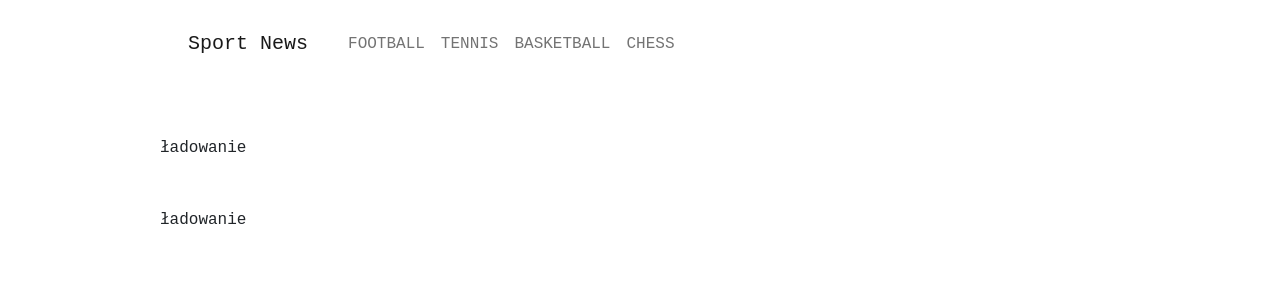
Repository: michalgornicki/sportnews
Page: /
The author's editor kept a copy of each file at every save. The page is drawn from the files as they stood at one save, then again after a run of saves.
The browser window is 1280 px wide. The pictures show the whole page.
The page's requests for data from a server got no answer. The project was rebuilt for these pictures with package versions that can differ from the ones it lists, and the page was loaded fresh each time. No one was signed in, and anything a server would have sent is missing. Also part of the build but not shown: src/components/Post.jsx.

Above is the page before, as saved 2022-03-01 10:40:36.

### src/App.jsx
import React, { useState, useEffect } from "react";
import { Route, HashRouter as Router, Routes } from "react-router-dom";
import "./App.scss";
import "bootstrap/dist/css/bootstrap.min.css";
import Navbar from "react-bootstrap/Navbar";
import Nav from "react-bootstrap/Nav";
import Container from "react-bootstrap/Container";
import Home from "./components/Home.jsx";
import Post from "./components/Post.jsx";

function App() {
  const [Posts, setPosts] = useState();
  const [Photos, setPhotos] = useState();

  useEffect(() => {
    fetch("https://jsonplaceholder.typicode.com/posts")
      .then((response) => response.json())
      .then((json) => setPosts(json));

    fetch("https://jsonplaceholder.typicode.com/photos")
      .then((response) => response.json())
      .then((json) => setPhotos(json));
  }, []);

  return (
    <Router>
      <>
        <Navbar className="navbar py-4" bg="white" expand="lg">
          <Container className="w-75 m-auto">
            <Navbar.Brand className="px-3" href="#home">
              Sport News
            </Navbar.Brand>
            <Navbar.Toggle aria-controls="basic-navbar-nav" />
            <Navbar.Collapse id="basic-navbar-nav">
              <Nav className="me-auto">
                <Nav.Link href="#link">FOOTBALL</Nav.Link>
                <Nav.Link href="#link">TENNIS</Nav.Link>
                <Nav.Link href="#link">BASKETBALL</Nav.Link>
                <Nav.Link href="#link">CHESS</Nav.Link>
              </Nav>
            </Navbar.Collapse>
          </Container>
        </Navbar>

        <Routes>
          <Route path="/" element={<Home />} />
          <Route path="/Post" element={<Post />} />
        </Routes>

        <Routes>
          <Route path="/" element={<Home />} />
          <Route path="/Post" element={<Post />} />
        </Routes>
      </>
    </Router>
  );
}

export default App;

### src/App.scss
$mainColor: black;
$secondaryColor: rgb(255, 255, 255);
$hoverColor: rgb(255, 161, 74);
$myFont: "Courier New", Courier, monospace;

body{
  font-family: $myFont!important;
  font-family: Arial, Helvetica, sans-serif;
}

.post:nth-child(8n-7) {
  width: 70%;
}

.post:nth-child(8n-6) {
  width: 22%;
}

.post {
  color: $mainColor;
  font-family: "Gill Sans", "Gill Sans MT", Calibri, "Trebuchet MS", sans-serif;
  width: 30%;
  cursor: pointer;
  margin-top: 1rem;
}

.post:hover {
  color: $hoverColor;
}

.post__title {
  font-weight: 900;
  font-size: 1.5rem;
  text-transform: uppercase;
}

.post:nth-child(8n-7) .post__title {
  font-size: 3rem;
}

.post:nth-child(8n-7) .post__image {
  height: 450px;
}

.post:nth-child(8n-6) .post__image {
  height: 450px;
}

.post__image {
  width: 100%;
  height: 250px;
}

.post__body {
  display: none;
}

$breakpoint-tablet: 1000px;
@media (max-device-width: $breakpoint-tablet), (max-width: $breakpoint-tablet) {
  .post, .post:nth-child(8n-7), .post:nth-child(8n-6) {
    width: 100%;
  }

  .post:nth-child(8n-7) .post__image, .post:nth-child(8n-6) .post__image, .post__image {
    height: 450px;
  }

}

### src/components/Home.jsx
import React, { useState, useEffect } from "react";

function Home() {
  const [Posts, setPosts] = useState();
  const [Photos, setPhotos] = useState();

  useEffect(() => {
    fetch("https://jsonplaceholder.typicode.com/posts")
      .then((response) => response.json())
      .then((json) => setPosts(json));

    fetch("https://jsonplaceholder.typicode.com/photos")
      .then((response) => response.json())
      .then((json) => setPhotos(json));
  }, []);

  return (
    <>
      <div className="w-75 d-flex flex-wrap justify-content-between m-auto pt-5">
        {Posts && Photos ? (
          Posts.map((item, id) => (
            <div className="post">
              <img className="post__image" src={Photos[id].url} alt="" />
              <div className="post__title">{item.title}</div>
              <div className="post__body">{item.body}</div>
            </div>
          ))
        ) : (
          <div className="post__loading">ładowanie</div>
        )}
      </div>
    </>
  );
}

export default Home;

Loaded but not shown: public/index.html (common file); src/index.js (common file); src/index.css (common file); src/reportWebVitals.js (common file)

After the next 2 saves:
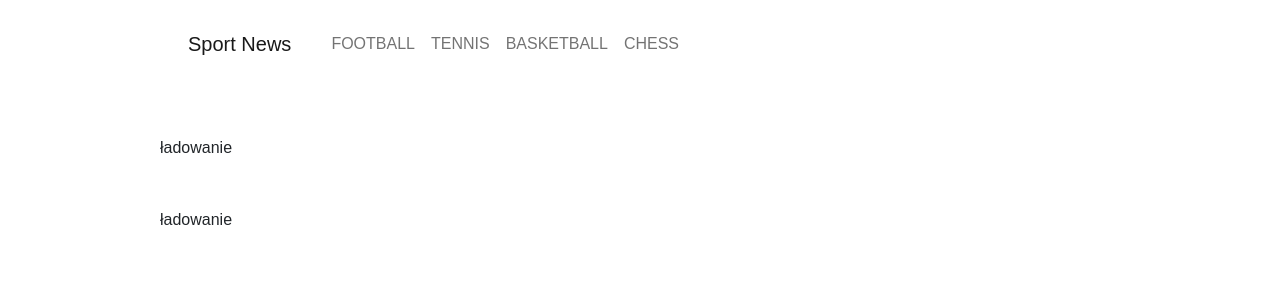
The 2 saves are shown as one change because they came seconds apart.
The last was saved 11 s later.
--- a/src/App.scss
+++ b/src/App.scss
@@ -4,8 +4,7 @@ $hoverColor: rgb(255, 161, 74);
 $myFont: "Courier New", Courier, monospace;
 
 body{
-  font-family: $myFont!important;
-  font-family: Arial, Helvetica, sans-serif;
+  font-family: Arial, Helvetica, sans-serif!important;;
 }
 
 .post:nth-child(8n-7) {
